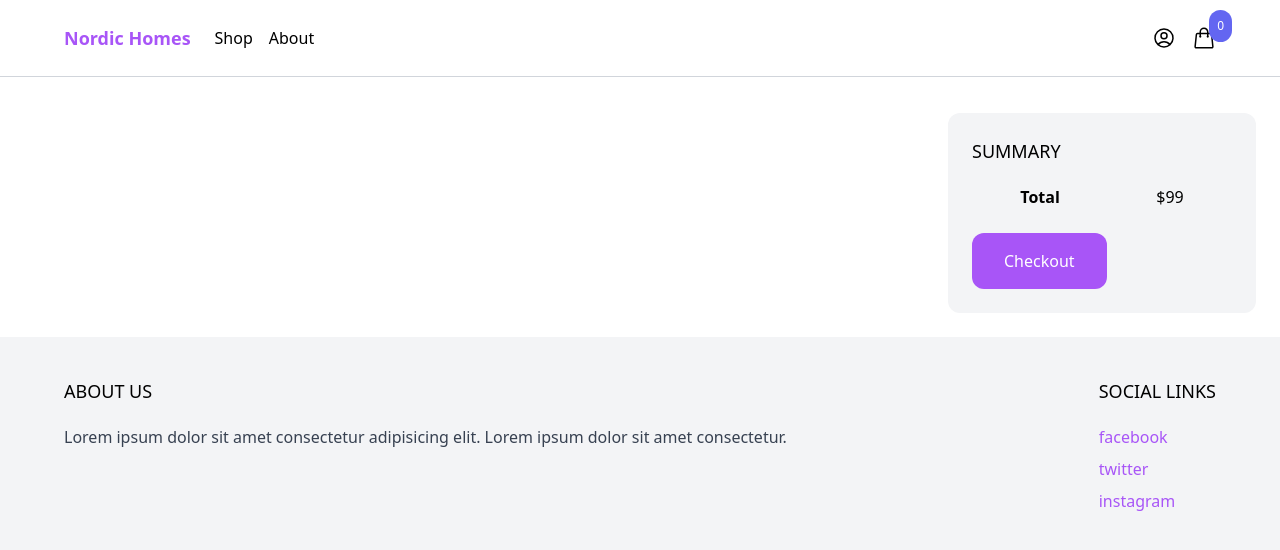
Repository: Calin224/NordicHomes
Page: cart/templates/cart/cart.html
The author's editor kept a copy of each file at every save. The page is drawn from the files as they stood at one save, then again after the next save.
The browser window is 1280 px wide. The pictures show the whole page.
Some web libraries are served in a nearby version. The template is drawn by Django 4.2. The application's start-up code is not run. The template is opened directly, without the code that normally fills it, so the values that code supplies are empty.

Above is the page before, as saved 2023-02-16 20:34:59.

After the next save:
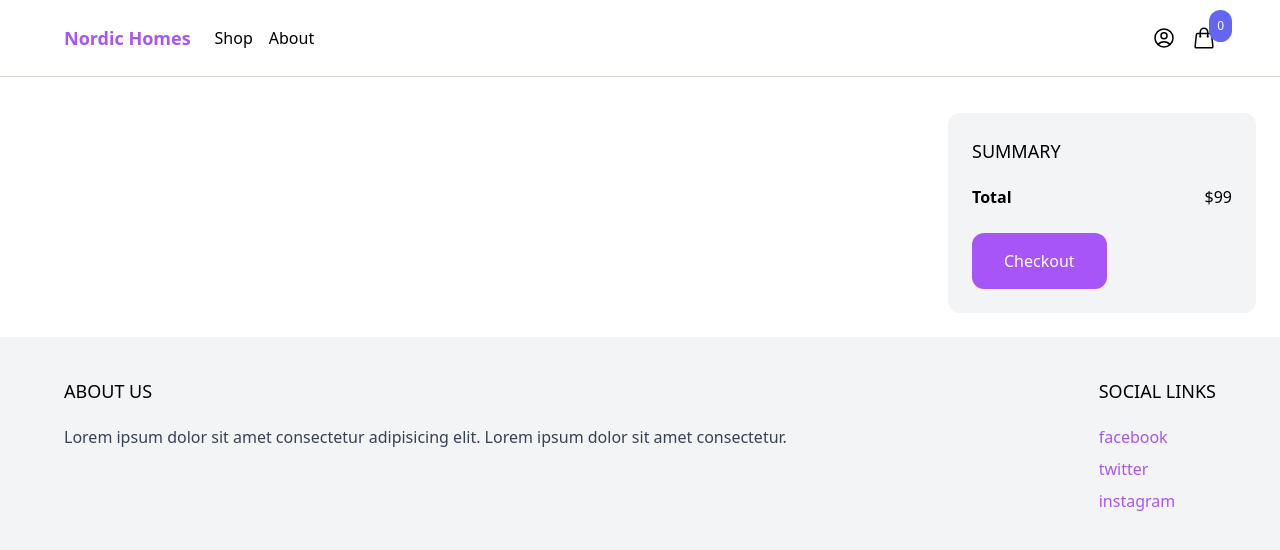
Saved 15 s later.
--- a/cart/templates/cart/cart.html
+++ b/cart/templates/cart/cart.html
@@ -10,7 +10,7 @@
     <div class="summary w-full lg:w-1/4 p-6 bg-gray-100 rounded-xl mt-3">
         <h2 class="uppercase text-lg mb-5">Summary</h2>
 
-        <div class="mb-6 flex justify-around">
+        <div class="mb-6 flex justify-between">
             <span class="font-semibold">Total</span>
             <span>$99</span>
         </div>
